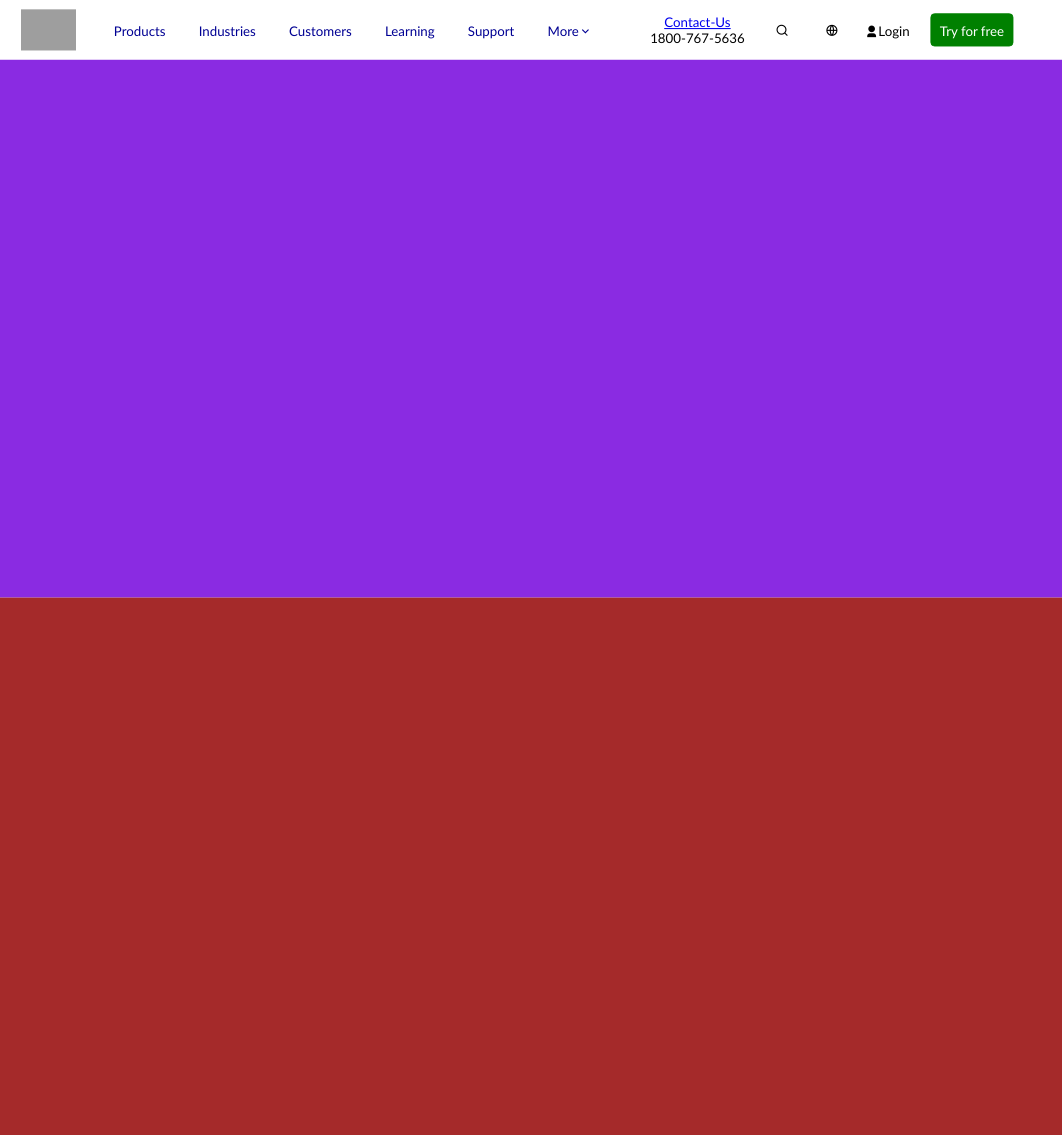
Repository: Chiranshukapil/html_css
Page: salesforce/index.html
An editor plug-in stored every save of this project. The page is shown before and after the next save, followed by the edit.
The browser window is 1280 px wide. The pictures show the whole page, at 83% of full size.
Pictures or frames that could not be fetched are drawn as grey boxes.

Above is the page before, as saved 2024-06-09 23:48:00.

### salesforce/index.html
<!DOCTYPE html>
<html lang="en">
    <head>
        <meta charset="UTF-8">
        <meta name="viewport" content="width=device-width, initial-scale=1.0">
        <title>Salesforce</title>
        <link rel="stylesheet" href="style.css">
        <link href="https://cdn.jsdelivr.net/npm/remixicon@4.2.0/fonts/remixicon.css" rel="stylesheet" />
    </head>
    <body>
        <div id="main">
            <div id="header">
                <div id="logo">
                    <img src="https://a.sfdcstatic.com/shared/images/c360-nav/salesforce-with-type-logo.svg" >
                </div>
                <div class="texts"><p>Products</p></div>
                <div class="texts"><p>Industries</p></div>
                <div class="texts"><p>Customers</p></div>
                <div class="texts"><p>Learning</p></div>
                <div class="texts"><p>Support</p></div>
                <div class="texts">
                    <p>More</p>
                    <p><i class="ri-arrow-down-s-line"></i></p>
                </div>
                <div id="contact">
                    <a  href="https://www.google.com/"><u>Contact-Us</u></a>
                    <p>1800-767-5636</p>
                </div>
                <div id="icon1" class="icon"><i class="ri-search-line"></i></div>
                <div class="icon"><i class="ri-global-line"></i></div>
                <div id="login">
                    <p><i class="ri-user-3-fill"></i></p>
                    <p>Login</p>
                </div>
                <div id="try">Try for free</div>
            </div>
            <div id="fakeheader"></div>
            <div id="page1"></div>
            <div id="page2"></div>
        </div>
    </body>
</html>

### salesforce/style.css
*{
    margin: 0%;
    padding: 0%;
    box-sizing: border-box;
    font-family: 'Gill Sans MT';
}

html,body{
    height: 100%;
    width: 100%;

}

#main{
    height: 100%;
    width: 100%;

}

#header{
    height: 10%;
    width: 100%;
    position: fixed;
    display: flex;
    align-items: center;
    /* font-size: large; */
}

#logo{
    margin: 25px;
    height: 70%;
}

#logo img{
    width: 100%;
    height: 100%;
}

#contact{
    text-align: center;
    margin-left: 50px;

}

.icon{
    width: 30px;
    height: 30px;
    display: flex;
    align-items: center;
    justify-content: center;
    /* border: 1px solid;
    border-radius: 50%; */
    margin-left: 30px;
}

.icon:hover{
    border: 1px solid rgb(188, 255, 255);
    border-radius: 50%;
    background-color:rgb(188, 255, 255);
}

#login{
    margin: 25px;
    display: flex;
}

#try{
    width: 100px;
    height: 40px ;
    color: white;
    display: flex;
    align-items: center;
    justify-content: center;
    background-color: green;
    border: 1px solid green;
    border-radius: 5px;
}

.texts{
    color: rgb(0, 0, 147);
    margin: 20px;
    display: flex;
}

.texts:hover{
    color: rgb(113, 113, 243);
}

#fakeheader{
    height: 10%;
    width: 100%;
}

#page1{
    height: 90%;
    width: 100%;
    background-color: blueviolet;
}
#page2{
    height: 90%;
    width: 100%;
    background-color: brown;
}

After the next save:
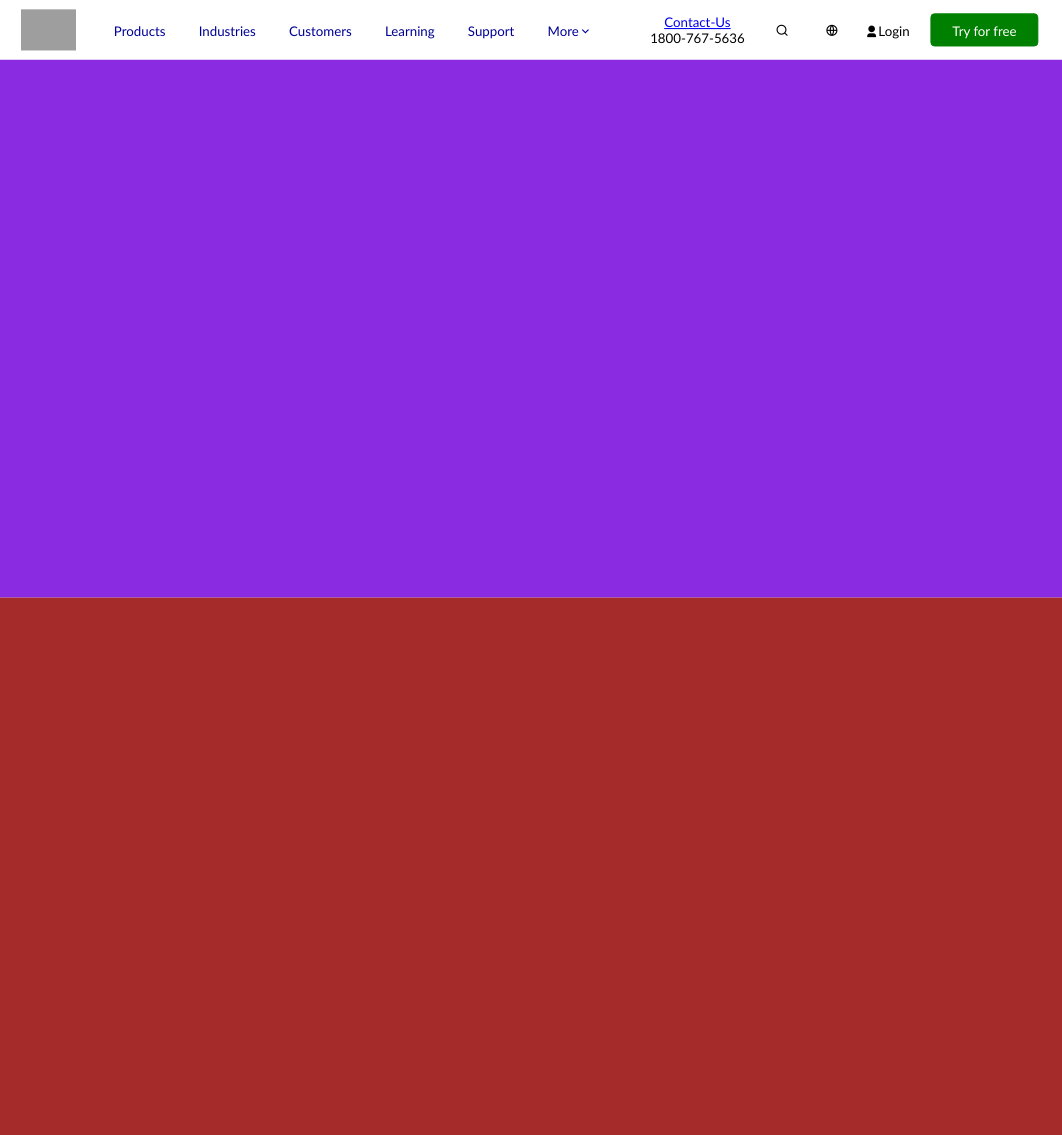
Saved 10 s later.
--- a/salesforce/style.css
+++ b/salesforce/style.css
@@ -65,7 +65,7 @@ html,body{
 }
 
 #try{
-    width: 100px;
+    width: 130px;
     height: 40px ;
     color: white;
     display: flex;
